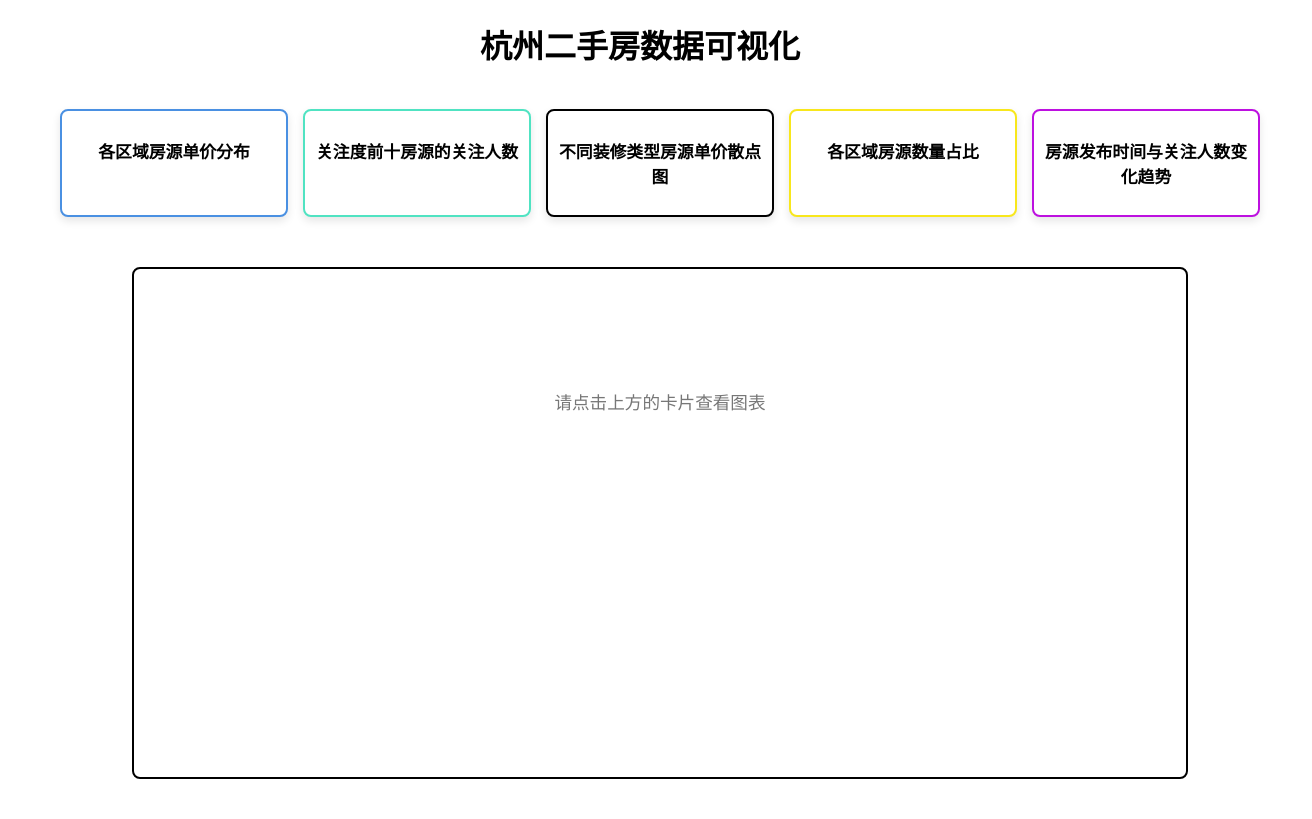
Repository: sakimi-9/DPV-SHP_HangZhou
Page: / (app in rendering/)
An editor plug-in stored every save of this project. The page is shown before and after the next save, followed by the edit.
The browser window is 1280 px wide. The page is 1312 px wide, so the pictures cover 1312 px, including what lies to the right of the window. The pictures show the whole page.
The project was rebuilt for these pictures with package versions that can differ from the ones it lists, and the page was loaded fresh each time. Also part of the build but not shown: rendering/vite.config.ts.

Above is the page before, as saved 2025-05-29 12:09:19.

### rendering/index.html
<!DOCTYPE html>
<html lang="en">

<head>
    <meta charset="UTF-8">
    <link rel="icon" href="/favicon.ico">
    <meta name="viewport" content="width=device-width, initial-scale=1.0">
    <title>二手房数据可视化</title>
</head>

<body>
    <div id="app"></div>
    <script type="module" src="/src/main.ts"></script>
</body>

</html>

### rendering/src/App.vue
<template>
  <div>
    <h1 style="text-align: center;">杭州二手房数据可视化</h1>

    <!-- 模式切换 UI -->


    <!-- 2D 图表区域 -->
    <HouseCharts v-if="currentMode === '2D'" :house-data="houseData" />

  </div>
</template>

<script setup lang="ts">
import { ref, onMounted } from 'vue';

// 导入新组件
import HouseCharts from './components/HouseCharts.vue';

// 导入数据解析器
import { ParsedHouse, parseHouseData } from '../util/dataParser';

// Define a ref to store the parsed data
const houseData = ref<ParsedHouse[] | null>(null);

// 定义当前模式状态
const currentMode = ref<'2D'>('2D'); // Only 2D mode is available now

// 定义控制数据分析部分显示的状态变量
const showAnalysis = ref(false);

// 切换数据分析部分显示状态的函数
const toggleAnalysis = () => {
  showAnalysis.value = !showAnalysis.value;
};

// 数据加载逻辑 (修改：先加载经纬度，再加载房源数据)
onMounted(async () => {
  try {
    const response = await fetch('/house_data.json');
    if (!response.ok) {
      throw new Error(`HTTP error! status: ${response.status}`);
    }
    const rawHouseData = await response.json();
    // 解析房源数据时传入经纬度 Map
    houseData.value = parseHouseData(rawHouseData);

    console.log('解析后的数据并存储:', houseData.value);

  } catch (error) {
    console.error('Error loading or processing data:', error);
  }
});

// 显式导出响应式变量 (可能有助于类型检查)
// export { houseData, currentMode };

</script>

<style scoped>
/* Add any specific styles for the 3D visualization container if needed */
/* Only retain App.vue's own styles */
/* HouseCharts.vue */
.chart-display-area>div[ref] {
  width: 100%;
  height: 600px;
  /* Fixed height for the chart */
}

/* HouseCharts.vue */
.chart-display-area {
  /* ... existing styles ... */
  min-height: 850px;
  /* Ensure a minimum height for the box, adjust based on chart height */
}

.chart-display-area>div[ref] {
  width: 100%;
  height: 800px;
  /* Adjusted height */
}

div {
  margin-bottom: 20px;
}

button {
  margin-right: 10px;
}

/* Add styles for the data analysis container */
.data-analysis-container {
  border: 1px solid #ccc;
  /* Add a border */
  padding: 20px;
  /* Add padding inside the box */
  margin-top: 20px;
  /* Add some space above the box */
  background-color: #f9f9f9;
  /* Add a light background color */
  border-radius: 8px;
  /* Rounded corners */
}

.data-analysis-container h2,
.data-analysis-container h3 {
  text-align: center;
  /* Center the titles within the box */
  color: #333;
  /* Darker color for titles */
  margin-bottom: 15px;
  /* Add space below titles */
}

.data-analysis-container h4 {
  margin-top: 15px;
  /* Space above h4 */
  margin-bottom: 10px;
  /* Space below h4 */
  color: #555;
  /* Slightly lighter color for h4 */
}

.data-analysis-container p {
  line-height: 1.6;
  /* Improve readability with more line spacing */
  color: #555;
  /* Slightly lighter color for text */
  margin-bottom: 10px;
  /* Adjust space between paragraphs */
}

.data-analysis-container ul {
  margin-bottom: 15px;
  /* Space below lists */
  padding-left: 20px;
  /* Indent list items */
}

.data-analysis-container ul li {
  margin-bottom: 5px;
  /* Space between list items */
  line-height: 1.5;
  /* Line spacing for list items */
  color: #555;
}


.data-analysis-container p strong {
  color: #000;
  /* Make strong text black */
}

/* Remove styles migrated to TwoDCharts.vue */
/* Keep only App.vue specific styles */

/* Example styles for layout if needed, adjust based on your structure */
/*
.container {
    max-width: 960px;
    margin: 0 auto;
    padding: 20px;
}
*/

/* Add styles for the analysis button */
.analysis-button {
  position: fixed;
  /* Fixed position relative to the viewport */
  bottom: 20px;
  /* 20px from the bottom */
  right: 20px;
  /* 20px from the right */
  z-index: 1000;
  /* Ensure it's above other content */
  padding: 10px 20px;
  font-size: 16px;
  background-color: #007bff;
  color: white;
  border: none;
  border-radius: 5px;
  cursor: pointer;
  box-shadow: 0 2px 5px rgba(0, 0, 0, 0.2);
}

.analysis-button:hover {
  background-color: #0056b3;
}
</style>

### rendering/src/components/HouseCharts.vue
<template>
    <div class="charts-container">
        <!-- Main Title - Centered in App.vue -->

        <!-- Chart Cards Grid -->
        <div class="charts-grid">
            <div v-for="(chart, index) in charts" :key="index" class="chart-card"
                :style="{ 'border-color': getCardColor(index) }" @click="selectChart(index)">
                <h3>{{ chart.title }}</h3>
            </div>
        </div>

        <!-- Chart Display Area (Black Box) -->
        <div class="chart-display-area">
            <div v-if="selectedChartIndex !== null && currentChart" class="selected-chart-content">
                <h3>{{ currentChart.title }}</h3>
                <!-- Chart rendering area - always in DOM, content controlled by JS -->
                <div ref="selectedChartDisplayRef" style="width: 100%; height: 70vh;"></div>
            </div>
            <div v-else class="placeholder-message">
                <p>请点击上方的卡片查看图表</p>
            </div>
        </div>

    </div>
</template>

<script setup lang="ts">
import { ref, onMounted, watch, computed, nextTick } from 'vue';
import * as echarts from 'echarts/core';
// Import the necessary components and charts
import { BarChart, PieChart, ScatterChart, BoxplotChart, LineChart } from 'echarts/charts';
import { GridComponent, TooltipComponent, LegendComponent, TitleComponent } from 'echarts/components';
import { CanvasRenderer } from 'echarts/renderers';

// Import data parsing functions
import {
    getAreaPriceBoxPlotData,
    getTop10FollowedHousesData,
    getRenovationPriceScatterData,
    getAreaHouseCountPieData,
    getPublishTimeFollowersTrendData
} from '../../util/chartDataParser';

echarts.use([
    BarChart,
    PieChart,
    ScatterChart,
    BoxplotChart,
    LineChart,
    GridComponent,
    TooltipComponent,
    LegendComponent,
    TitleComponent,
    CanvasRenderer,
]);

// 定义解析后的房源数据接口 (Copy from dataParser.ts for self-containment)
interface ParsedHouse {
    房源标题: string;
    室: number | null;
    厅: number | null;
    面积: number | null; // 平米
    朝向: string | null;
    装修: string | null;
    楼层信息: string | null; // 例如 "中楼层"
    总楼层: number | null;
    建筑年份: number | null; // 例如 2012
    建筑类型: string | null; // 例如 "板塔结合"
    小区名称: string | null;
    所在区域: string | null; // 例如 "临河里"
    单价: number | null; // 元/平
    关注人数: number | null;
    发布时间: string | null; // 例如 "2个月以前发布"
    标签: string[];
}

// 定义接收的 props
const props = defineProps<{ houseData: ParsedHouse[] | null }>();

// Define ref for the selected chart display area
const selectedChartDisplayRef = ref<HTMLElement | null>(null);

// Define the current chart index
const selectedChartIndex = ref<number | null>(null);

// Computed property for the current chart information
const currentChart = computed(() => {
    if (selectedChartIndex.value === null) return null;
    return charts[selectedChartIndex.value];
});

// Function to select a chart
const selectChart = (index: number) => {
    selectedChartIndex.value = index;
    console.log("Selected chart index:", selectedChartIndex.value);
};

// Function to dispose of a chart instance
const disposeChart = (chartElement: HTMLElement) => {
    const chartInstance = echarts.getInstanceByDom(chartElement);
    if (chartInstance) {
        chartInstance.dispose();
    }
};

// Function to render the selected chart
const renderSelectedChart = (
    chartInfo: { title: string, render: (element: HTMLElement, data: ParsedHouse[]) => void } | null,
    data: ParsedHouse[] | null
) => {
    // Dispose of any previously rendered chart in the display area
    if (selectedChartDisplayRef.value) {
        console.log("Disposing previous chart.");

        disposeChart(selectedChartDisplayRef.value);
        selectedChartDisplayRef.value.innerHTML = ''; // Clear previous chart content
    }

    if (!chartInfo || selectedChartIndex.value === null || !data || data.length === 0) {
        console.warn("No chart selected, no data, or chart info not ready.");
        // The placeholder is now controlled by v-else in the template
        console.log("Render conditions not met.", "Index:", selectedChartIndex.value, "Data present:", !!data, "Data length:", data ? data.length : 0);
        return;
    }

    const chartElement = selectedChartDisplayRef.value; // Get the display area element

    if (!chartElement) {
        console.warn("Chart display element is not available.");
        console.log("Render conditions not met.", "Index:", selectedChartIndex.value, "Data present:", !!props.houseData, "Data length:", props.houseData ? props.houseData.length : 0, "Element available:", !!chartElement);

        return; // Exit if the element is null
    }

    // Directly get chart info based on selected index
    if (chartElement && chartInfo) {
        // Render the current chart
        console.log(`Attempting to render chart: ${chartInfo.title}`);
        try {
            chartInfo.render(chartElement, data); // Pass the display area element to the render function
            console.log(`Successfully called render function for: ${chartInfo.title}`);
        } catch (error) {
            console.error(`Error rendering chart ${chartInfo.title}:`, error);
            chartElement.innerHTML = '<p>图表加载失败</p>';
            console.log(`Caught error during render for: ${chartInfo.title}`);
        }
    }
};

// Watch for changes in houseData or selectedChartIndex to determine if a chart *should* be rendered
watch([() => props.houseData, selectedChartIndex], async ([newData, newIndex]) => {
    // If conditions are met (data and index valid), render the chart.
    // Note: We don't await nextTick here directly for ref availability.
    // The rendering will happen when selectedChartDisplayRef becomes available.
    if (newIndex !== null && newData && newData.length > 0) {
        console.log("Data and Index valid, waiting for nextTick...");
        await nextTick(); // Wait for DOM updates

        const chartElement = selectedChartDisplayRef.value;
        if (chartElement) {
            console.log("Ref element available, attempting to render chart.", "Index:", newIndex);
            // Get the chart info directly from the charts array based on the index
            const chartInfo = charts[newIndex];
            if (chartInfo) {
                renderSelectedChart(chartInfo, newData);
            } else {
                console.error("Chart info not found for index:", newIndex);
            }
        } else {
            console.warn("Ref element not available after nextTick.");
        }
    } else {
        // If conditions are not met, dispose the current chart if it exists
        if (selectedChartDisplayRef.value) {
            console.log("Conditions not met, disposing chart.");
            disposeChart(selectedChartDisplayRef.value);
            selectedChartDisplayRef.value.innerHTML = '';
        }
    }
}, { immediate: true }); // Ensure initial check

// Function to get a color for the card based on index
const getCardColor = (index: number) => {
    const colors = ['#4A90E2', '#50E3C2', 'F5A623', '#F8E71C', '#BD10E0']; // Example colors - removed duplicate definition
    return colors[index % colors.length];
};

// --- Chart Render Functions ---

// 1. 各区域房源单价分布对比箱线图
function renderAreaPriceBoxPlot(chartElement: HTMLElement, data: ParsedHouse[]) {
    const chartData = getAreaPriceBoxPlotData(data);

    if (chartData.length === 0) {
        echarts.dispose(chartElement);
        chartElement.innerHTML = '<p>暂无区域单价分布数据</p>';
        return;
    }

    const areas = chartData.map(item => item.area);
    const prices = chartData.map(item => item.prices);

    const myChart = echarts.init(chartElement);
    console.log("ECharts instance initialized for:", "各区域房源单价分布");
    const option = {
        title: {
            text: '各区域房源单价分布',
            left: 'center'
        },
        tooltip: {
            trigger: 'item',
            axisPointer: { type: 'shadow' }
        },
        xAxis: {
            type: 'category',
            data: areas,
            boundaryGap: true,
            nameMap: areas,
            axisLabel: {
                interval: 0,
                rotate: 30,
                overflow: 'breakAll',
                ellipsis: '...'
            }
        },
        yAxis: {
            type: 'value',
            name: '单价 (元/平)'
        },
        series: [
            {
                name: '单价分布',
                type: 'boxplot',
                data: prices,
                tooltip: {
                    formatter: function (param: any) { // Keep any type for simplicity
                        if (param.data) {
                            return [
                                `区域: ${param.name}<br/>`,
                                `最大值: ${param.data[5].toFixed(2)}<br/>`,
                                `第三四分位数: ${param.data[4].toFixed(2)}<br/>`,
                                `中位数: ${param.data[3].toFixed(2)}<br/>`,
                                `第一四分位数: ${param.data[2].toFixed(2)}<br/>`,
                                `最小值: ${param.data[1].toFixed(2)}`
                            ].join('');
                        }
                        return '';
                    }
                }
            }
        ]
    };
    console.log("Setting option for:", "各区域房源单价分布", option);
    myChart.setOption(option);
}

// 2. 关注度前十房源的关注人数柱状图
function renderTop10FollowersBar(chartElement: HTMLElement, data: ParsedHouse[]) {
    const chartData = getTop10FollowedHousesData(data);

    if (chartData.length === 0) {
        echarts.dispose(chartElement);
        chartElement.innerHTML = '<p>暂无关注度前十房源数据</p>';
        return;
    }

    const titles = chartData.map(item => item.title);
    const followers = chartData.map(item => item.followers);

    const myChart = echarts.init(chartElement);
    console.log("ECharts instance initialized for:", "关注度前十房源的关注人数");
    const option = {
        title: {
            text: '关注度前十房源的关注人数',
            left: 'center'
        },
        tooltip: {},
        xAxis: {
            type: 'category',
            data: titles,
            axisLabel: {
                interval: 0,
                rotate: 30,
                overflow: 'breakAll',
                ellipsis: '...'
            }
        },
        yAxis: {
            type: 'value',
            name: '关注人数'
        },
        series: [
            {
                name: '关注人数',
                type: 'bar',
                data: followers
            }
        ]
    };
    console.log("Setting option for:", "关注度前十房源的关注人数", option);
    myChart.setOption(option);
}

// 3. 不同装修类型房源单价散点图
function renderRenovationPriceScatter(chartElement: HTMLElement, data: ParsedHouse[]) {
    const chartData = getRenovationPriceScatterData(data);

    if (chartData.length === 0) {
        echarts.dispose(chartElement);
        chartElement.innerHTML = '<p>暂无装修类型与单价数据</p>';
        return;
    }

    const scatterData = chartData.map((item: { renovation: string, price: number }) => [item.price, item.renovation]); // Explicitly type item

    // Get unique renovation types for y-axis categories
    const renovationTypes = Array.from(new Set(chartData.map((item: { renovation: string, price: number }) => item.renovation))) as string[]; // Explicitly type item and result

    const myChart = echarts.init(chartElement);
    console.log("ECharts instance initialized for:", "不同装修类型房源单价散点图");
    const option = {
        title: {
            text: '不同装修类型房源单价散点图',
            left: 'center'
        },
        tooltip: {
            trigger: 'axis',
            axisPointer: { type: 'shadow' },
            formatter: function (params: any) { // Keep any type for simplicity
                const item = params[0];
                return `装修: ${item.value[1]}<br/>单价: ${item.value[0].toFixed(2)} 元/平`;
            }
        },
        xAxis: {
            type: 'value',
            name: '单价 (元/平)'
        },
        yAxis: {
            type: 'category',
            data: renovationTypes,
            name: '装修类型'
        },
        series: [
            {
                name: '房源',
                type: 'scatter',
                data: scatterData
            }
        ]
    };
    console.log("Setting option for:", "不同装修类型房源单价散点图", option);
    myChart.setOption(option);
}

// 4. 各区域房源数量占比饼图
function renderAreaCountPie(chartElement: HTMLElement, data: ParsedHouse[]) {
    const chartData = getAreaHouseCountPieData(data);

    if (chartData.length === 0) {
        echarts.dispose(chartElement);
        chartElement.innerHTML = '<p>暂无区域房源数量数据</p>';
        return;
    }

    const pieData = chartData.map((item: { area: string, count: number }) => ({
        name: item.area,
        value: item.count
    })); // Explicitly type item

    const myChart = echarts.init(chartElement);
    console.log("ECharts instance initialized for:", "各区域房源数量占比");
    const option = {
        title: {
            text: '各区域房源数量占比',
            left: 'center'
        },
        tooltip: {
            trigger: 'item',
            formatter: '{a} <br/>{b}: {c} ({d}%)'
        },
        legend: {
            orient: 'vertical',
            left: 'left',
            data: chartData.map((item: { area: string, count: number }) => item.area) // Explicitly type item
        },
        series: [
            {
                name: '房源数量',
                type: 'pie',
                radius: '50%',
                data: pieData,
                emphasis: {
                    itemStyle: {
                        shadowBlur: 10,
                        shadowOffsetX: 0,
                        shadowColor: 'rgba(0, 0, 0, 0.5)'
                    }
                }
            }
        ]
    };
    console.log("Setting option for:", "各区域房源数量占比", option);
    myChart.setOption(option);
}

// 5. 房源发布时间与关注人数变化趋势折线图
function renderPublishTimeFollowersLine(chartElement: HTMLElement, data: ParsedHouse[]) {
    const chartData = getPublishTimeFollowersTrendData(data);

    if (chartData.length === 0) {
        echarts.dispose(chartElement);
        chartElement.innerHTML = '<p>暂无发布时间与关注人数趋势数据</p>';
        return;
    }

    const times = chartData.map((item: { time: string, totalFollowers: number }) => item.time); // Explicitly type item
    const totalFollowers = chartData.map((item: { time: string, totalFollowers: number }) => item.totalFollowers); // Explicitly type item

    const myChart = echarts.init(chartElement);
    console.log("ECharts instance initialized for:", "房源发布时间与关注人数变化趋势");
    const option = {
        title: {
            text: '房源发布时间与关注人数变化趋势',
            left: 'center'
        },
        tooltip: {
            trigger: 'axis'
        },
        xAxis: {
            type: 'category',
            data: times,
            axisLabel: {
                interval: 0,
                rotate: 30,
                overflow: 'breakAll',
                ellipsis: '...'
            }
        },
        yAxis: {
            type: 'value',
            name: '总关注人数'
        },
        series: [
            {
                name: '总关注人数',
                type: 'line',
                data: totalFollowers
            }
        ]
    };
    console.log("Setting option for:", "房源发布时间与关注人数变化趋势", option);
    myChart.setOption(option);
}

// Define the list of charts with their titles and render functions
const charts = [
    { title: '各区域房源单价分布', render: renderAreaPriceBoxPlot },
    { title: '关注度前十房源的关注人数', render: renderTop10FollowersBar },
    { title: '不同装修类型房源单价散点图', render: renderRenovationPriceScatter },
    { title: '各区域房源数量占比', render: renderAreaCountPie },
    { title: '房源发布时间与关注人数变化趋势', render: renderPublishTimeFollowersLine },
];

// Initial render logic (optional, handled by watch with immediate: true)
/*
onMounted(() => {
    renderSelectedChart(props.houseData);
});
*/

</script>

<style scoped>
.charts-container {
    display: flex;
    flex-direction: column;
    gap: 30px;
    /* Increased gap */
    align-items: center;
    margin-top: 20px;
    /* Adjusted top margin */
    padding: 20px;
    width: 100%;
    /* Ensure container takes full width */
}

.charts-grid {
    display: grid;
    grid-template-columns: repeat(5, 1fr);
    /* Changed to 5 equal columns */
    gap: 15px;
    /* Reduced gap to make cards smaller */
    width: 100%;
    max-width: 1200px;
    /* Keep max width */
    justify-content: center;
}

.chart-card {
    background-color: #fff;
    border: 2px solid;
    /* Use border-color from style binding */
    border-radius: 8px;
    padding: 10px;
    /* Reduced padding */
    text-align: center;
    cursor: pointer;
    box-shadow: 0 4px 8px rgba(0, 0, 0, 0.1);
    transition: transform 0.3s ease, box-shadow 0.3s ease;
    font-size: 0.9em;
    /* Slightly reduced font size */
}

.chart-card:hover {
    transform: translateY(-5px);
    box-shadow: 0 6px 12px rgba(0, 0, 0, 0.15);
}

/* --- 图表显示区域容器样式 (黑色边框区域) --- */
.chart-display-area {
    margin-top: 20px;
    /* Space above the display area */
    border: 2px solid black;
    /* Black border */
    border-radius: 8px;
    padding: 20px;
    width: 80%;
    flex-direction: column;
    align-items: center;
    min-height: 65vh;
    /* Ensure a minimum height for the box, adjusted for larger chart */
    /* Ensure a minimum height for the box */
}

.chart-display-area h3 {
    margin-top: 0;
    margin-bottom: 10px;
}

/* --- ECharts 图表实际渲染区域样式 (div[ref=selectedChartDisplayRef]) --- */
/* 调整这里的 width 和 height 可以直接改变图表的大小 */
.chart-display-area>div[ref] {
    width: 100%;
    height: 60vh;
    /* 例如，占视口高度的 70% */
}

.placeholder-message {
    text-align: center;
    color: #777;
    font-size: 1.1em;
    margin-top: 100px;
    /* Center message vertically */
}

/* Removed carousel related styles */
</style>

Loaded but not shown: rendering/src/main.ts (common file); rendering/public/house_data.json (1034 lines, source omitted); rendering/util/dataParser.ts (112 lines, source omitted); rendering/util/chartDataParser.ts (107 lines, source omitted)

After the next save:
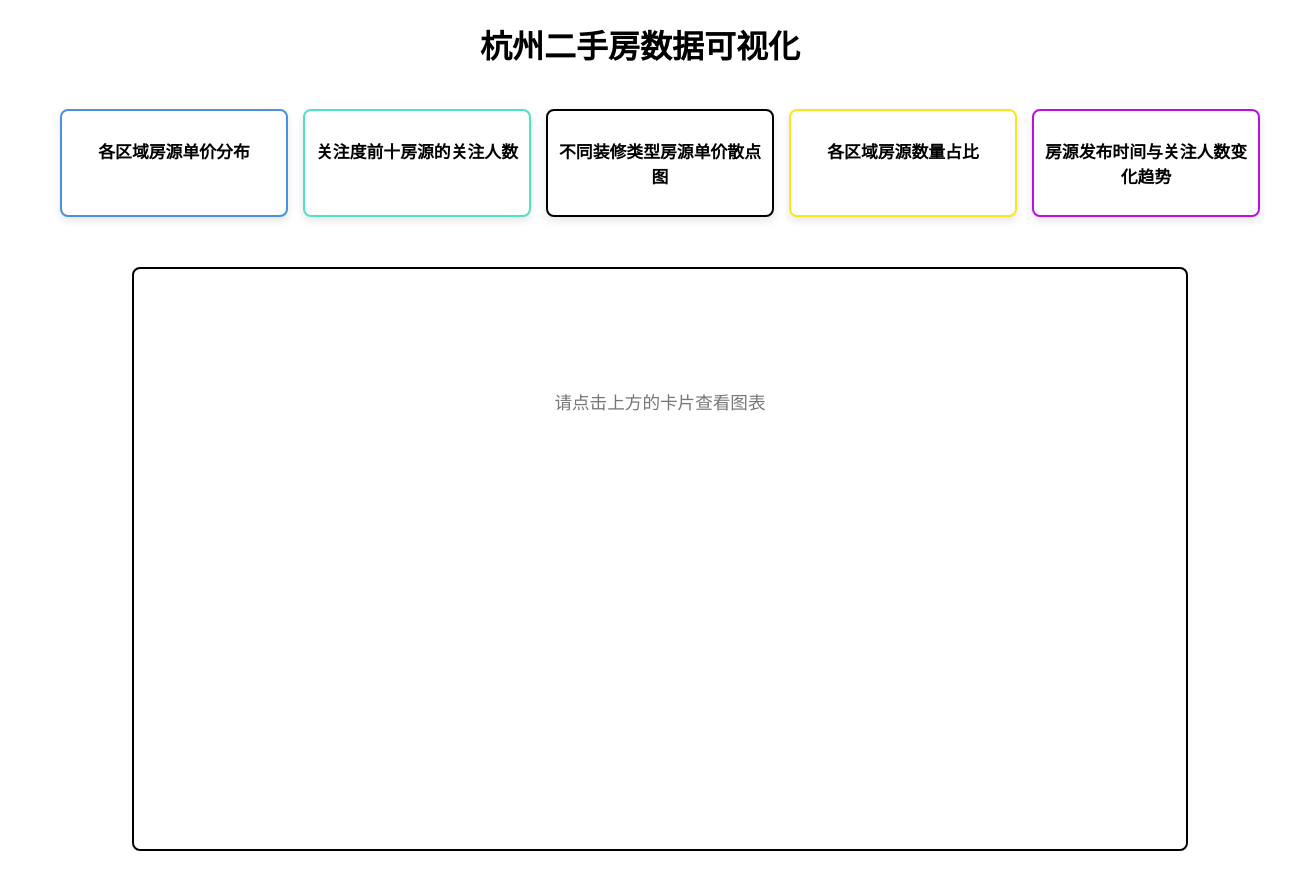
Saved 57 s later.
--- a/rendering/src/components/HouseCharts.vue
+++ b/rendering/src/components/HouseCharts.vue
@@ -528,7 +528,7 @@ onMounted(() => {
     width: 80%;
     flex-direction: column;
     align-items: center;
-    min-height: 65vh;
+    min-height: 75vh;
     /* Ensure a minimum height for the box, adjusted for larger chart */
     /* Ensure a minimum height for the box */
 }
